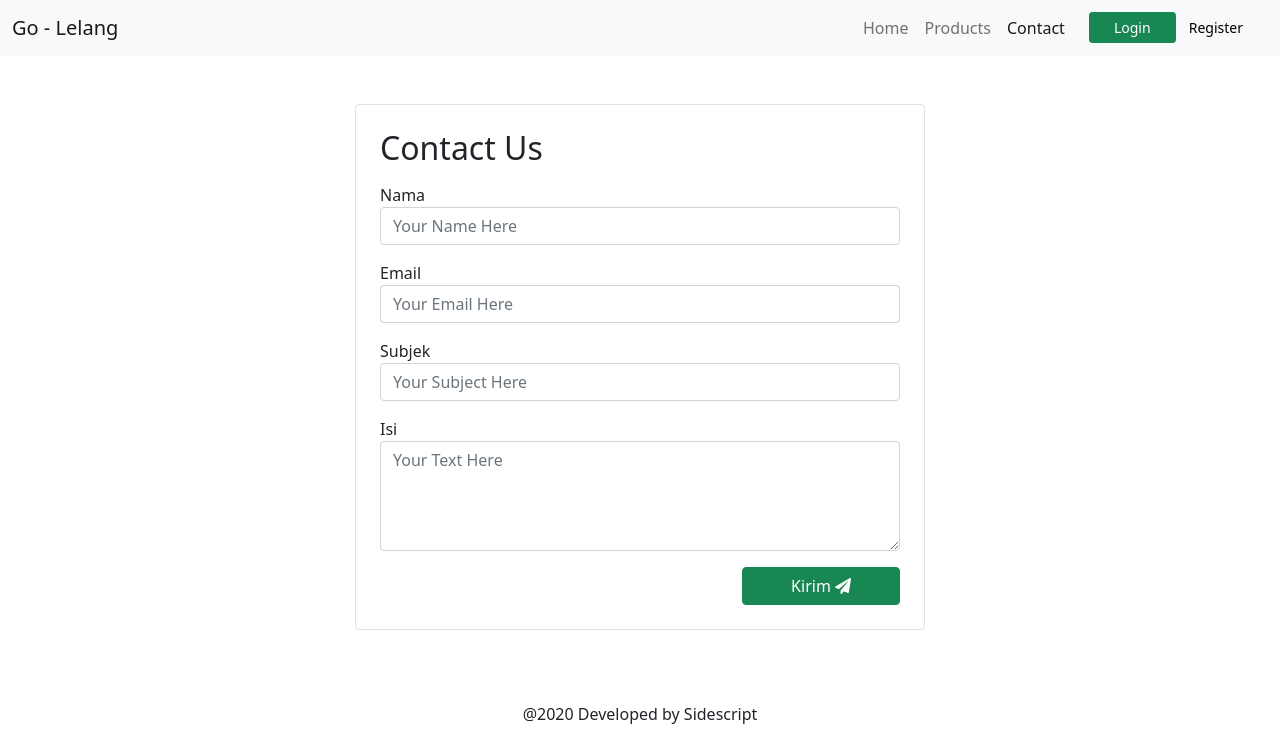
Repository: khulqu15/Go---Lelalng
Page: http://localhost/contact
The author's editor kept a copy of each file at every save. The page is drawn from the files as they stood at one save, then again after the next save.
The browser window is 1280 px wide. The pictures show the whole page.
The page is served by the project's Laravel application, run on PHP 8.4 with Laravel 8.

Above is the page before, as saved 2021-02-22 12:34:08.

After the next save:
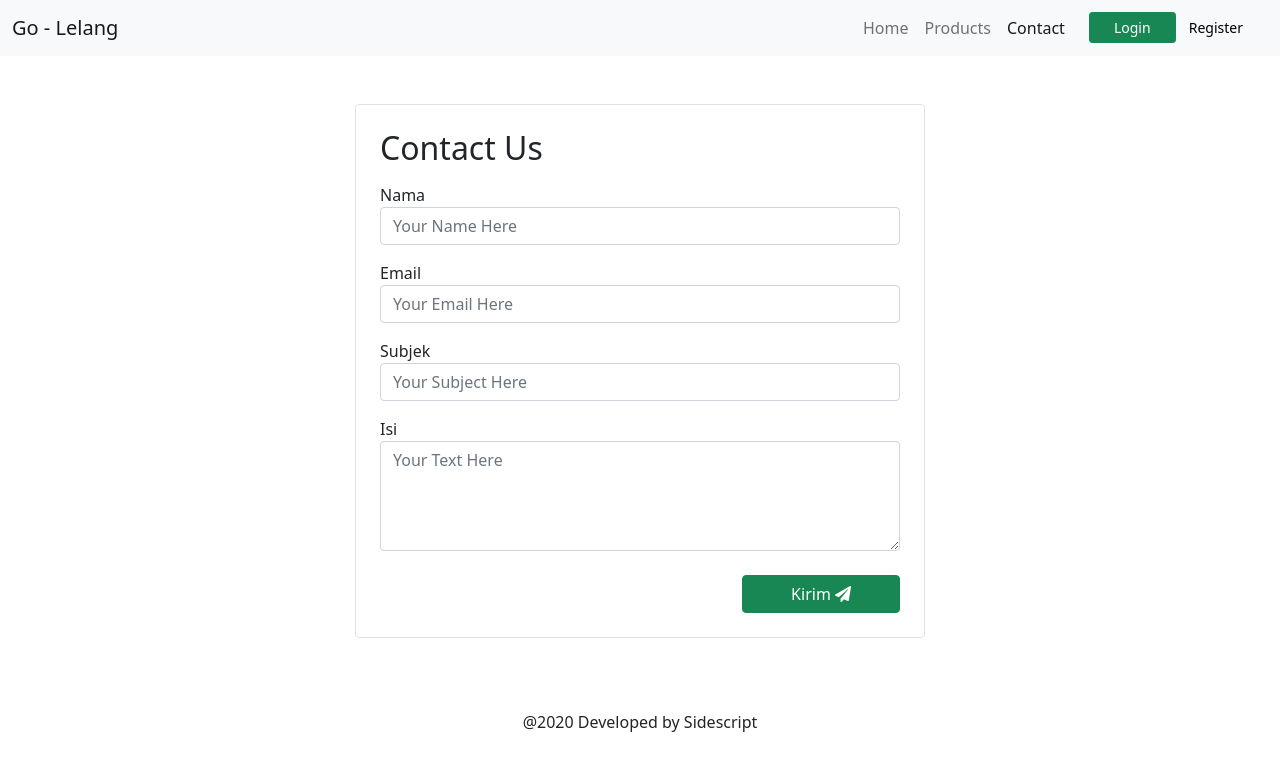
Saved 7 s later.
--- a/resources/views/page/contact.blade.php
+++ b/resources/views/page/contact.blade.php
@@ -26,7 +26,7 @@
                             <label for="subject">Isi</label>
                             <textarea rows="4" type="text" name="subject" placeholder="Your Text Here" class="form-control"></textarea>
                         </div>
-                        <div class="text-right mt-2">
+                        <div class="text-right mt-3">
                             <button class="btn btn-success px-5">Kirim <i class="fas fa-paper-plane"></i></button>
                         </div>
                     </form>
